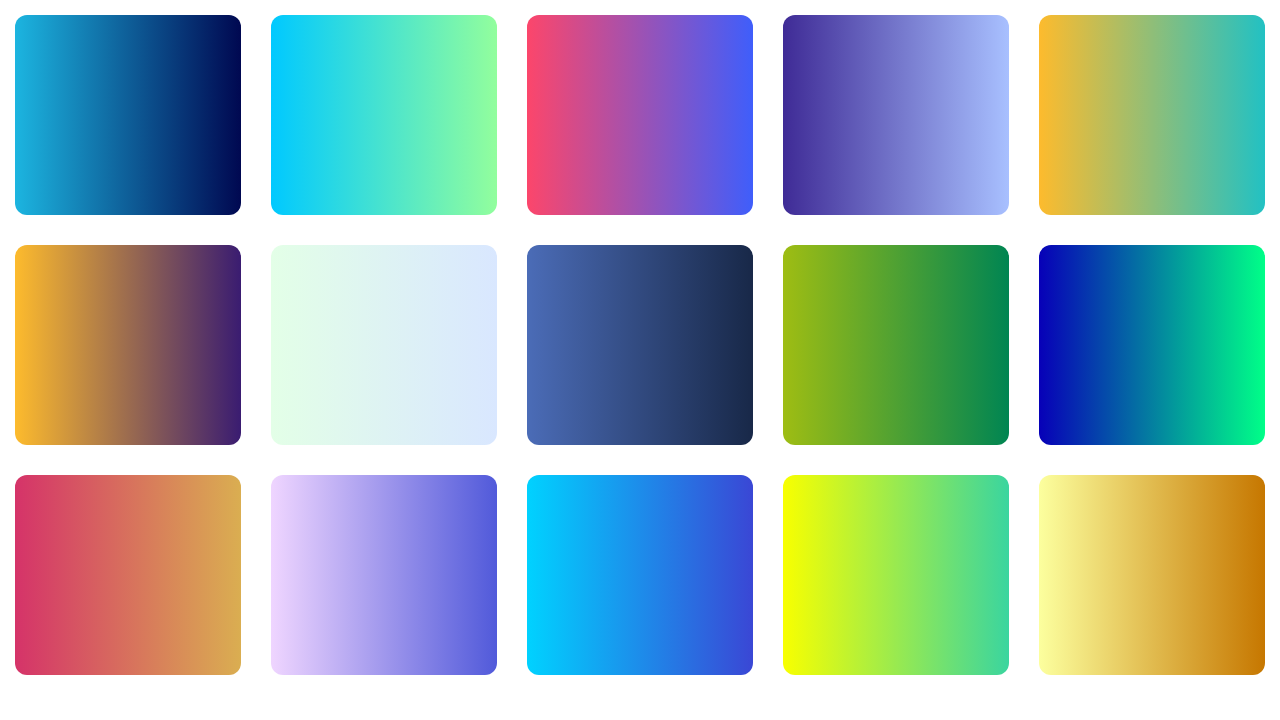
Repository: LBprox3010/gradient
Page: index.html
The author's editor kept a copy of each file at every save. The page is drawn from the files as they stood at one save, then again after the next save.
The browser window is 1280 px wide. The pictures show the whole page.

Above is the page before, as saved 2022-02-24 08:30:37.

After the next save:
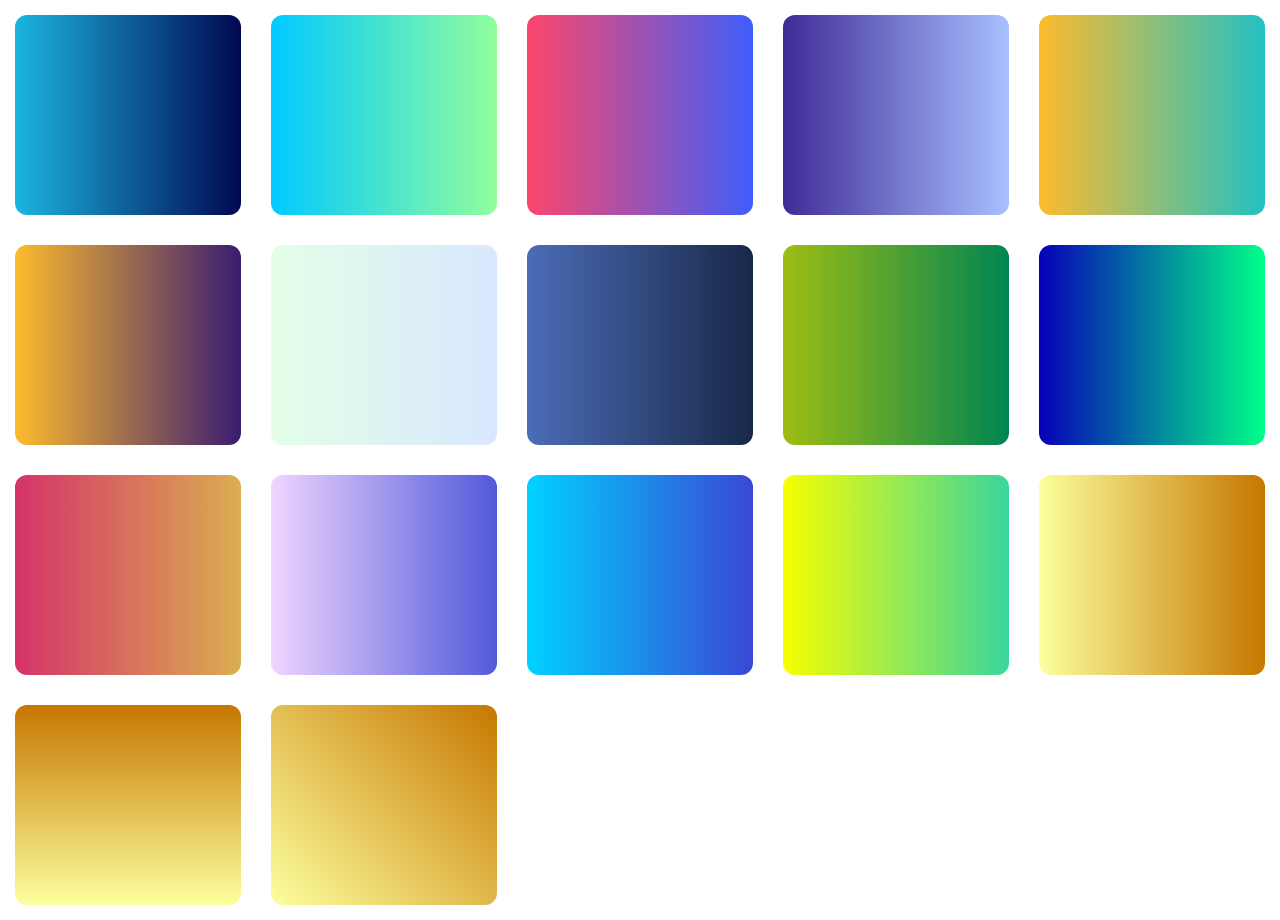
Saved 28 s later.
--- a/app.js
+++ b/app.js
@@ -18,6 +18,8 @@
   "linear-gradient(90deg, #00d2ff 0%, #3a47d5 100%)",
   "linear-gradient(90deg, #f8ff00 0%, #3ad59f 100%)",
   "linear-gradient(90deg, #fcff9e 0%, #c67700 100%)",
+  "linear-gradient(0, #fcff9e 0%, #c67700 100%)",
+  "linear-gradient(45deg, #fcff9e 0%, #c67700 100%)",
 ];
 
 list.forEach((i) => {
